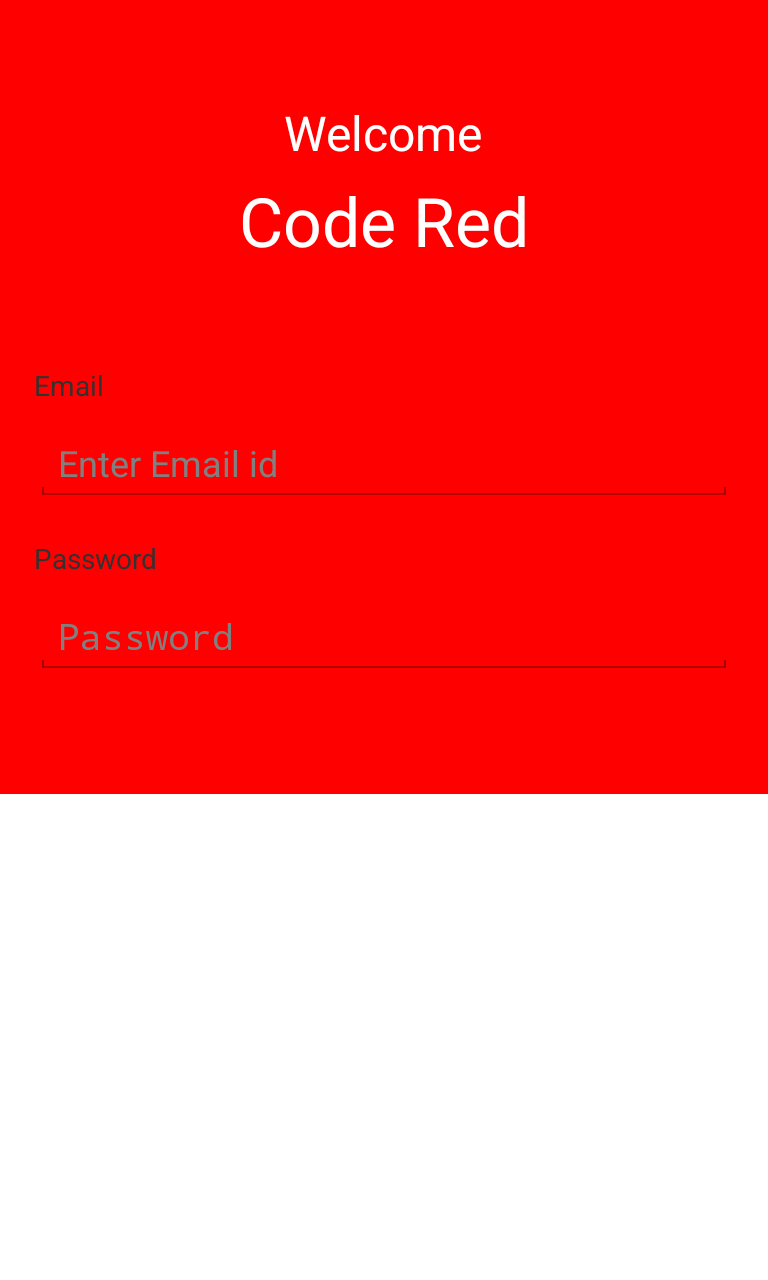
Repository: coderedteam/codered
Layout: AndroidSourceCode/CodeRed/res/layout/activity_registeration.xml
These files come from the project's save history. The layout is drawn as it stood at one moment and after the next save; the edit follows.
It is drawn on a 768 x 1280 px phone screen (xhdpi) without system bars, with theme AppTheme; the app's code is not run.

Above is the layout before, as saved 2014-11-27 11:05:44.

After the next save:
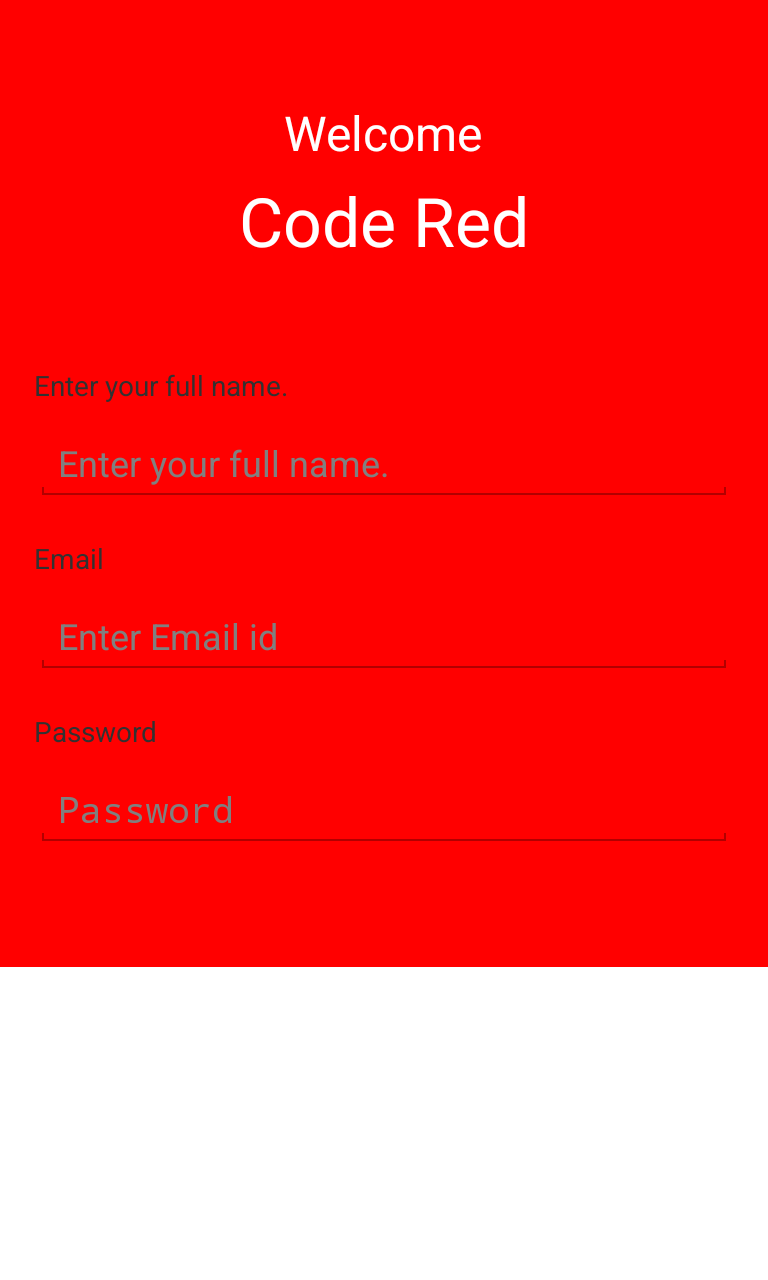
Saved 112 s later.
--- a/AndroidSourceCode/CodeRed/res/layout/activity_registeration.xml
+++ b/AndroidSourceCode/CodeRed/res/layout/activity_registeration.xml
@@ -47,6 +47,36 @@
             android:layout_marginRight="@dimen/login_container_screen_margin"
             android:orientation="vertical" >
 
+
+
+
+
+
+              <TextView
+                android:id="@+id/lblName"
+                android:layout_width="match_parent"
+                android:layout_height="wrap_content"
+                android:paddingBottom="@dimen/margin_small_layout"
+                android:text="@string/txtName" />
+
+            <EditText
+                android:id="@+id/txtNameEditBox"
+                android:layout_width="match_parent"
+                android:layout_height="wrap_content"
+                android:layout_marginBottom="@dimen/edit_view_gap_margin"
+                android:hint="@string/txtName"
+                android:inputType="textEmailAddress" >
+            </EditText>
+
+
+
+
+
+
+
+
+
+
             <TextView
                 android:id="@+id/lblEmail"
                 android:layout_width="match_parent"
